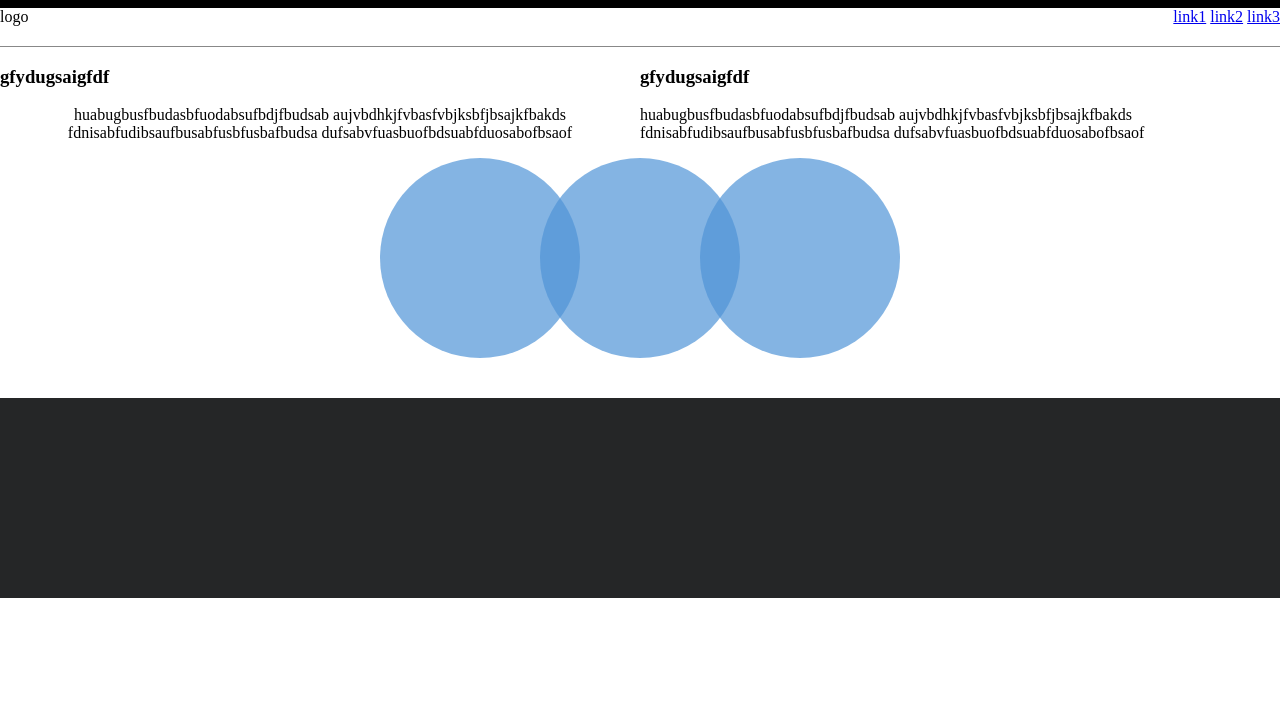
Repository: Gumiin/studia
Page: lesson 2/index.html
The author's editor kept a copy of each file at every save. The page is drawn from the files as they stood at one save, then again after the next save.
The browser window is 1280 px wide. The pictures show the whole page.

Above is the page before, as saved 2021-03-17 17:35:41.

After the next save:
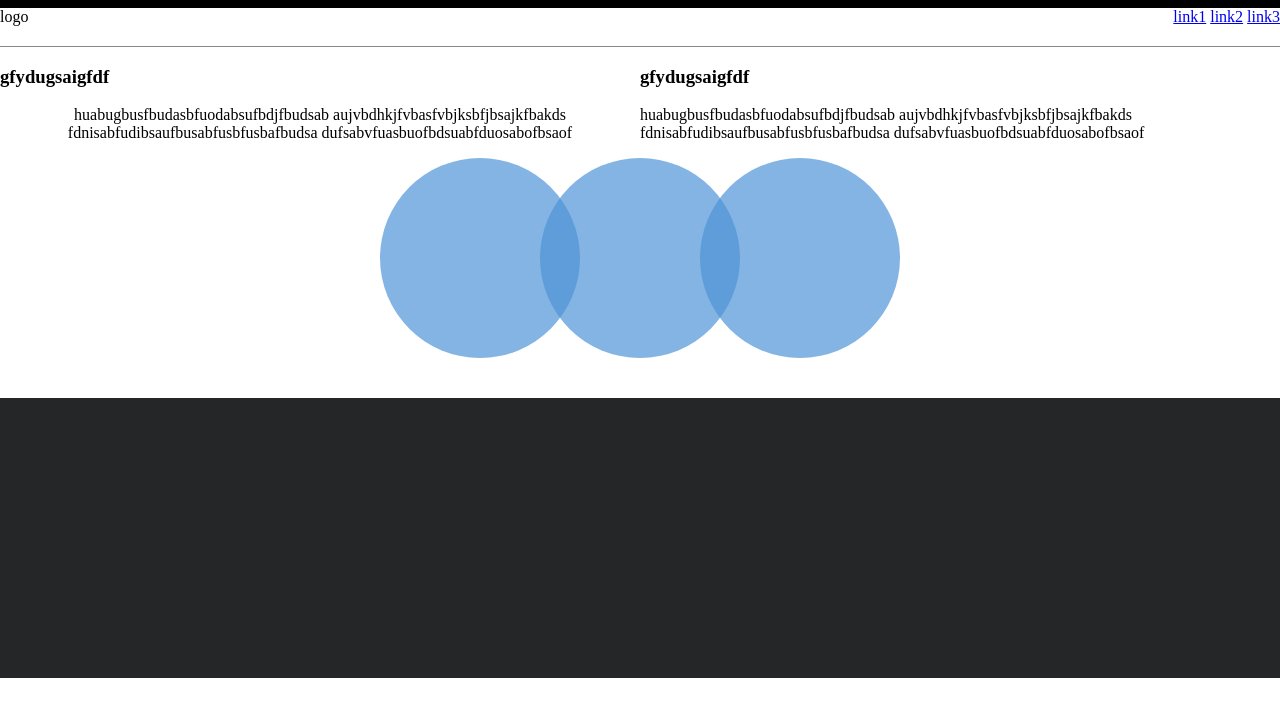
Saved 97 s later.
--- a/lesson 2/style.css
+++ b/lesson 2/style.css
@@ -56,7 +56,9 @@ body{
 #footer{
     background-color: #252627;
     background-image: ;
+    background-repeat: repeat-x;
     height: 200px;
     margin-top: 40px;
-    color:#eee
+    color:#eee;
+    padding: 40px;
 }
